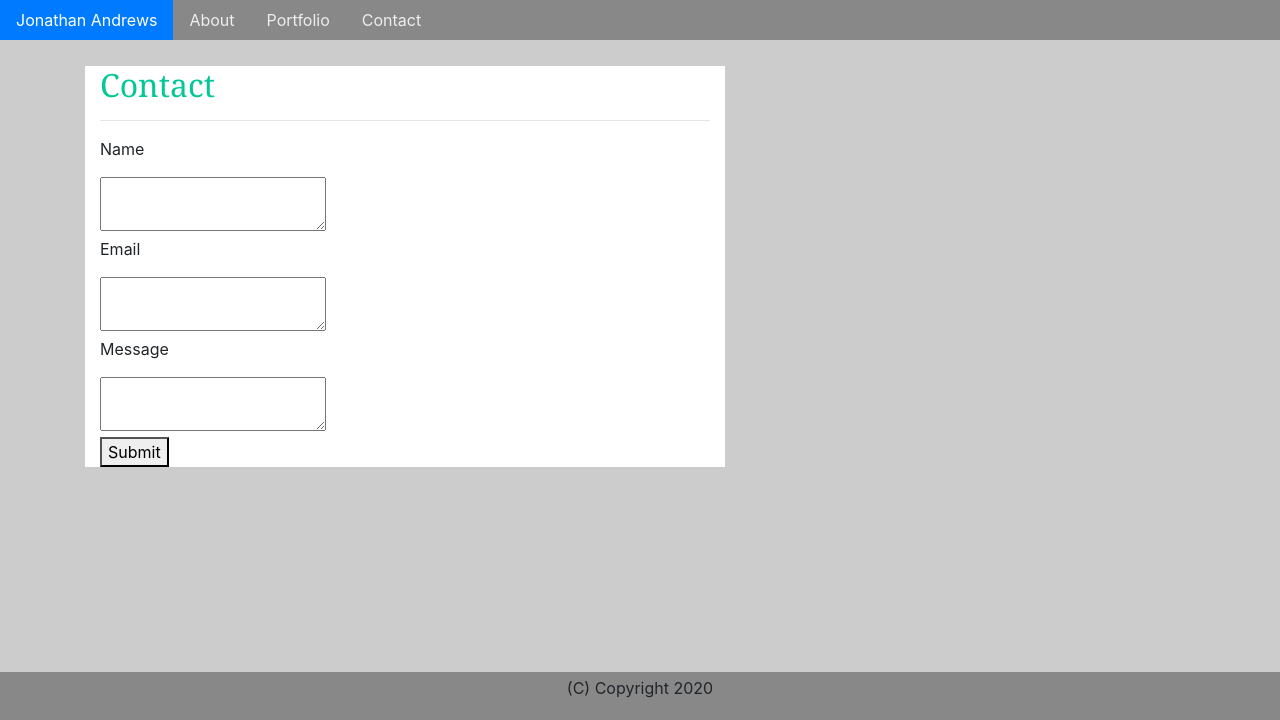
Repository: ionathas78/ionathas78.github.io
Page: contact.html
These files come from the project's save history. The page is drawn as it stood at one moment and after the next save; the edit follows.
The browser window is 1280 px wide. The pictures show the whole page.

Above is the page before, as saved 2020-03-15 21:03:13.

### contact.html
<!DOCTYPE html>
<html lang="en">
<head>
    <meta charset="UTF-8">
    <meta name="viewport" content="width=device-width, initial-scale=1.0">
    <title>Jonathan Andrews</title>

    <link rel="stylesheet" href="https://stackpath.bootstrapcdn.com/bootstrap/4.4.1/css/bootstrap.min.css" integrity="sha384-Vkoo8x4CGsO3+Hhxv8T/Q5PaXtkKtu6ug5TOeNV6gBiFeWPGFN9MuhOf23Q9Ifjh" crossorigin="anonymous">
</head>
<body style="background-color: #ccc">
    <header>
        <ul class="nav" style="background-color: #888">
            <li class="nav-item bg-primary">
              <a class="nav-link active" href="#" style="color: white;">Jonathan Andrews</a>
            </li>
            <li class="nav-item">
              <a class="nav-link" href="index.html" style="color: #eee;">About</a>
            </li>
            <li class="nav-item">
              <a class="nav-link active" href="portfolio.html" style="color: #eee;">Portfolio</a>
            </li>
            <li class="nav-item">
                <a class="nav-link active" href="contact.html" style="color: #eee;">Contact</a>
            </li>
        </ul>
    </header>

    <div class="container">
        <div class="row">
            <div class="col-lg-4">
                <div class="container clearfix" style="width: 50vw; max-width: 900px; background-color: white; margin-top: 2vw;">
                    <h2 style="color: rgb(0, 200, 150); font-family: Georgia, 'Times New Roman', Times, serif; font-weight: 300%;">Contact</h2>
                    <hr>
                    <p>Name</p>
                    <textarea></textarea>
                    <p>Email</p>
                    <textarea></textarea>
                    <p>Message</p>
                    <textarea></textarea>
                    <br>
                    <button>Submit</button>
                </div>
            </div>
        </div>
    </div>

    <footer style="position: fixed; bottom: 0; background-color: #888; width: 100%;">
        <p style="line-height: 200%; text-align: center;">
            (C) Copyright 2020
        </p>
    </footer>
    <!-- JS Scripts -->

    <script src="https://code.jquery.com/jquery-3.4.1.slim.min.js" integrity="sha384-J6qa4849blE2+poT4WnyKhv5vZF5SrPo0iEjwBvKU7imGFAV0wwj1yYfoRSJoZ+n" crossorigin="anonymous"></script>
    <script src="https://cdn.jsdelivr.net/npm/popper.js@1.16.0/dist/umd/popper.min.js" integrity="sha384-Q6E9RHvbIyZFJoft+2mJbHaEWldlvI9IOYy5n3zV9zzTtmI3UksdQRVvoxMfooAo" crossorigin="anonymous"></script>
    <script src="https://stackpath.bootstrapcdn.com/bootstrap/4.4.1/js/bootstrap.min.js" integrity="sha384-wfSDF2E50Y2D1uUdj0O3uMBJnjuUD4Ih7YwaYd1iqfktj0Uod8GCExl3Og8ifwB6" crossorigin="anonymous"></script>
</body>
</html>

After the next save:
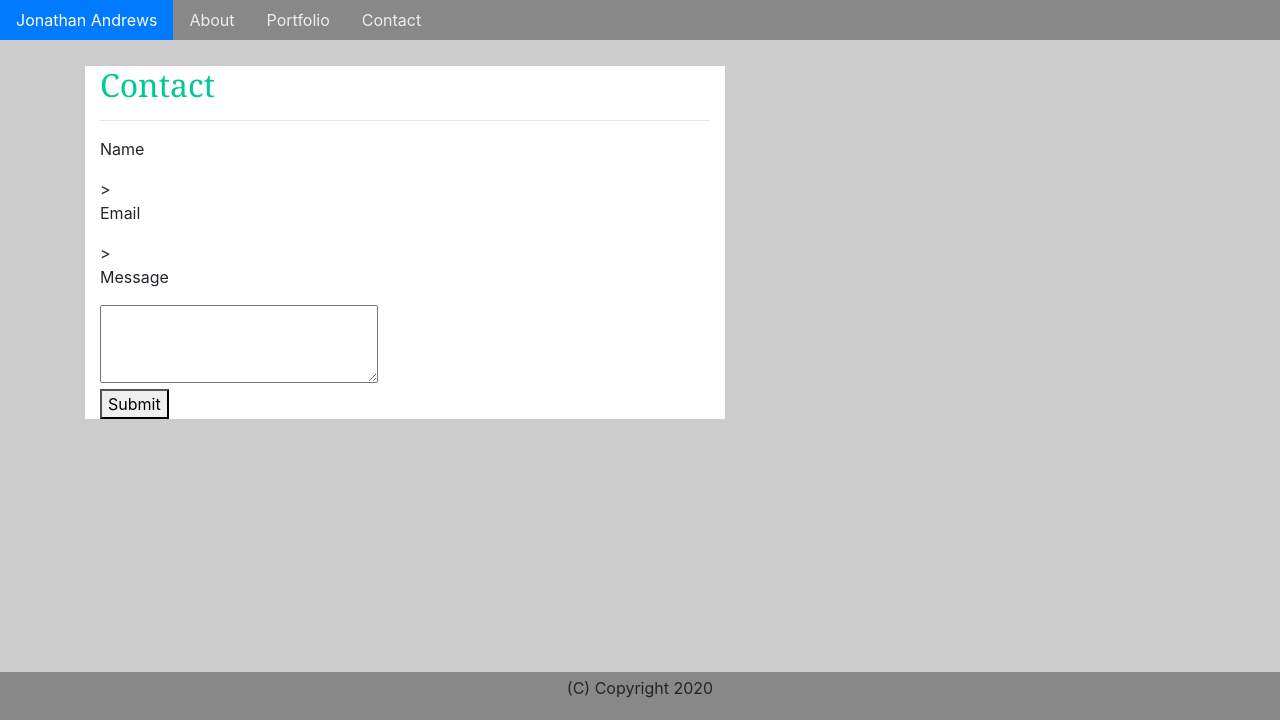
Saved 2 min 40 s later.
--- a/contact.html
+++ b/contact.html
@@ -32,11 +32,11 @@
                     <h2 style="color: rgb(0, 200, 150); font-family: Georgia, 'Times New Roman', Times, serif; font-weight: 300%;">Contact</h2>
                     <hr>
                     <p>Name</p>
-                    <textarea></textarea>
+                    <textbox id="name"></textbox>>
                     <p>Email</p>
-                    <textarea></textarea>
+                    <textbox id="email"></textbox>>
                     <p>Message</p>
-                    <textarea></textarea>
+                    <textarea id="message" rows="3" cols="25"></textarea>
                     <br>
                     <button>Submit</button>
                 </div>
